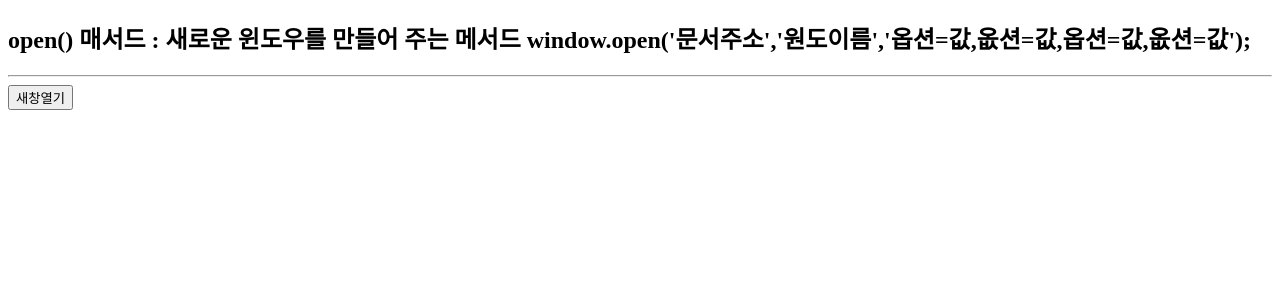
Repository: kimjoohye/study_WEB
Page: workspace/studyhtml5/WebContent/js/j08/h04.html
An editor plug-in stored every save of this project. The page is shown before and after the next save, followed by the edit.
The browser window is 1280 px wide. The pictures show the whole page.

Above is the page before, as saved 2022-05-06 01:39:03.

### workspace/studyhtml5/WebContent/js/j08/h04.html
<!DOCTYPE html>
<html>
<head>
<meta name="viewport" content="width=device-width,initial-scale=1.0">
<meta charset="UTF-8">
<link rel="shortcut icon" type="image/x-icon" href="/studyhtml5/favicon (3).ico">
<!--스타일 시트 -->
<style type="text/css">
</style>
<title>Insert title here</title>
<!--자바스크립트 코드 -->
<script type="text/javascript">
    window.onload = function(){
       let bt = document.getElementById('bt');
       bt.onclick = function (){
          //window.open('https://cafe.daum.net/pcwk','pcwk','width=600,height=400,left=100,top=10');
          window.open('/studyhtml5/js/j08/h03.html','pcwk','width=600,height=400,left=100,top=10');
       };
    };

</script>
</head>
<body>
   <h2>open() 매서드 : 새로운 윈도우를 만들어 주는 메서드
   window.open('문서주소','원도이름','옵션=값,옶션=값,옵션=값,옶션=값');</h2>
   <hr/>
   <button id="bt">새창열기</button>

<!--    window.open('windowopen.html', 'window팝업', 'width=400, height=600, menubar=no, status=no, toolbar=no');
      width : 팝업창 가로길이
      height : 팝업창 세로길이
      toolbar=no : 단축도구창(툴바) 표시안함
      menubar=no : 메뉴창(메뉴바) 표시안함
      location=no : 주소창 표시안함
      scrollbars=no : 스크롤바 표시안함
      status=no : 아래 상태바창 표시안함
      resizable=no : 창변형 하지않음
      fullscreen=no : 전체화면 하지않음
      channelmode=yes : F11 키 기능이랑 같음
      left=0 : 왼쪽에 창을 고정(ex. left=30 이런식으로 조절)
      top=0 : 위쪽에 창을 고정(ex. top=100 이런식으로 조절)
      navigator : 브라우저명과 비번정보를 속성으로 가짐
      document : 현재문서에 대한 정보
      location : 현재 URL에 대한 정보
      history : 현재 브라우저가 접근했던 URL history
      screen : 브라우저 외부환경에 대한 정보 -->
</body>
</html>

After the next save:
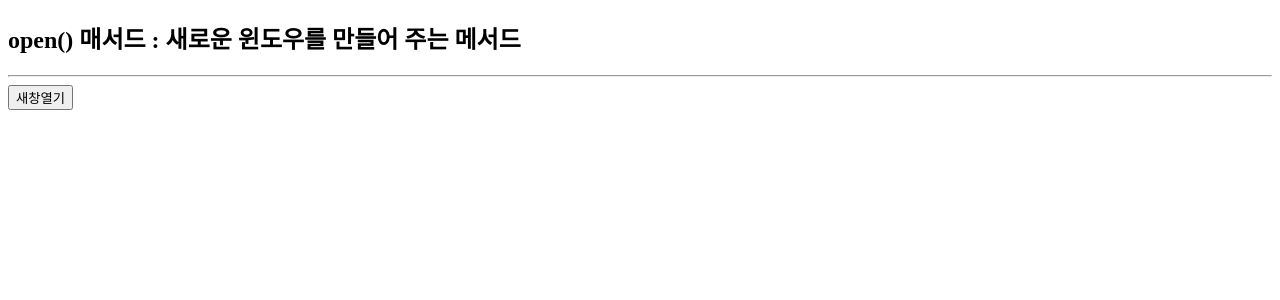
Saved 66 s later.
--- a/workspace/studyhtml5/WebContent/js/j08/h04.html
+++ b/workspace/studyhtml5/WebContent/js/j08/h04.html
@@ -13,16 +13,15 @@
     window.onload = function(){
        let bt = document.getElementById('bt');
        bt.onclick = function (){
-          //window.open('https://cafe.daum.net/pcwk','pcwk','width=600,height=400,left=100,top=10');
-          window.open('/studyhtml5/js/j08/h03.html','pcwk','width=600,height=400,left=100,top=10');
+          window.open('https://cafe.daum.net/pcwk','pcwk','width=600,height=400,left=100,top=10');
+          //window.open('/studyhtml5/js/j08/h03.html','pcwk','width=600,height=400,left=100,top=10');
        };
     };
 
 </script>
 </head>
 <body>
-   <h2>open() 매서드 : 새로운 윈도우를 만들어 주는 메서드
-   window.open('문서주소','원도이름','옵션=값,옶션=값,옵션=값,옶션=값');</h2>
+   <h2>open() 매서드 : 새로운 윈도우를 만들어 주는 메서드 </h2>
    <hr/>
    <button id="bt">새창열기</button>
 
